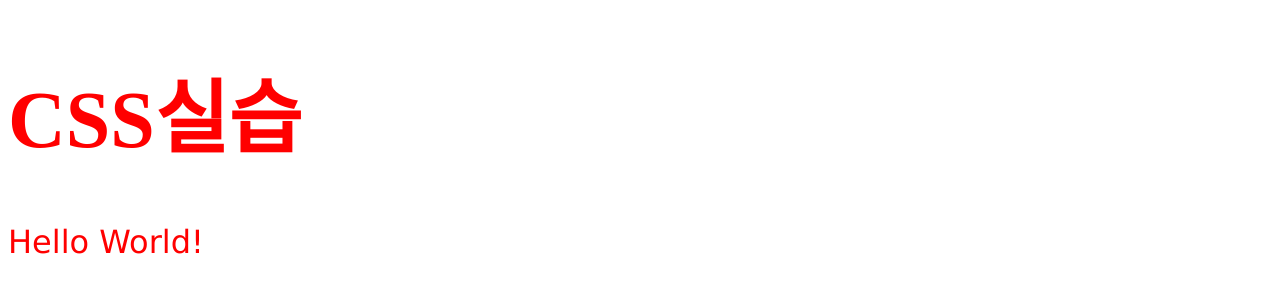
Repository: ashojm/WebWork
Page: Web/first.html
An editor plug-in stored every save of this project. The page is shown before and after the next save, followed by the edit.
The browser window is 1280 px wide. The pictures show the whole page.

Above is the page before, as saved 2015-11-12 16:07:50.

After the next save:
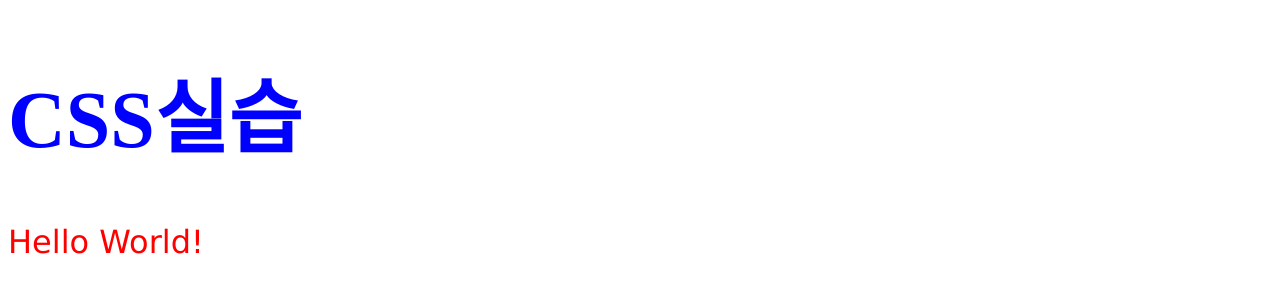
Saved 19 s later.
--- a/Web/css/base.css
+++ b/Web/css/base.css
@@ -1,2 +1,2 @@
-h1{color:#FF0000;font-family:serif;font-size:500%}
+h1{color:#0000FF;font-family:serif;font-size:500%}
 p {color:red;font-size:200%;font-family:Verdana}
